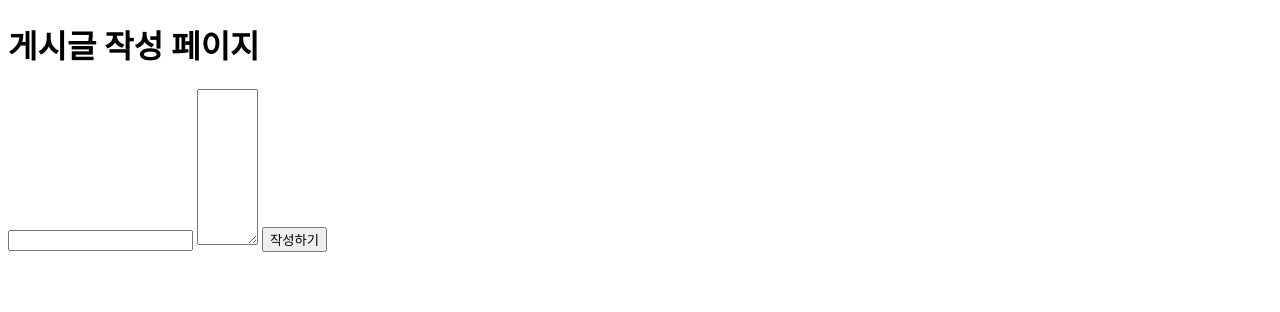
Repository: ksccmp/notice-board
Page: http://localhost/board/login_filter/board_write.jsp
An editor plug-in stored every save of this project. The page is shown before and after the next save, followed by the edit.
The browser window is 1280 px wide. The pictures show the whole page.
The page is served by Tomcat 9. Nobody is signed in. The application's start-up code is not run. Other server files are loaded and not shown.

Above is the page before, as saved 2019-09-24 14:01:21.

### board/src/main/webapp/login_filter/board_write.jsp
<%@ page language="java" contentType="text/html; charset=UTF-8"
    pageEncoding="UTF-8"%>
<!DOCTYPE html PUBLIC "-//W3C//DTD HTML 4.01 Transitional//EN" "http://www.w3.org/TR/html4/loose.dtd">
<html>
<head>
<meta http-equiv="Content-Type" content="text/html; charset=UTF-8">
<title>Insert title here</title>
</head>
<body>
	<h1>게시글 작성 페이지</h1>
	<form method="post" action="">
		<input type="text" id="title" name="title">
		<textarea id="contents" name="contents" rows="10" cols="5"></textarea>
		<input type="submit" value="작성하기">
	</form>
</body>
</html>

After the next save:
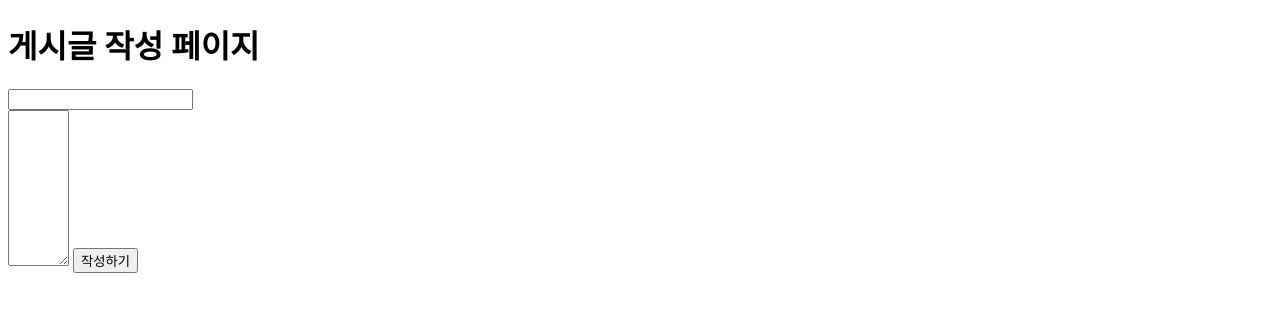
Saved 14 s later.
--- a/board/src/main/webapp/login_filter/board_write.jsp
+++ b/board/src/main/webapp/login_filter/board_write.jsp
@@ -9,7 +9,7 @@
 <body>
 	<h1>게시글 작성 페이지</h1>
 	<form method="post" action="">
-		<input type="text" id="title" name="title">
+		<input type="text" id="title" name="title"> <br>
 		<textarea id="contents" name="contents" rows="10" cols="5"></textarea>
 		<input type="submit" value="작성하기">
 	</form>
